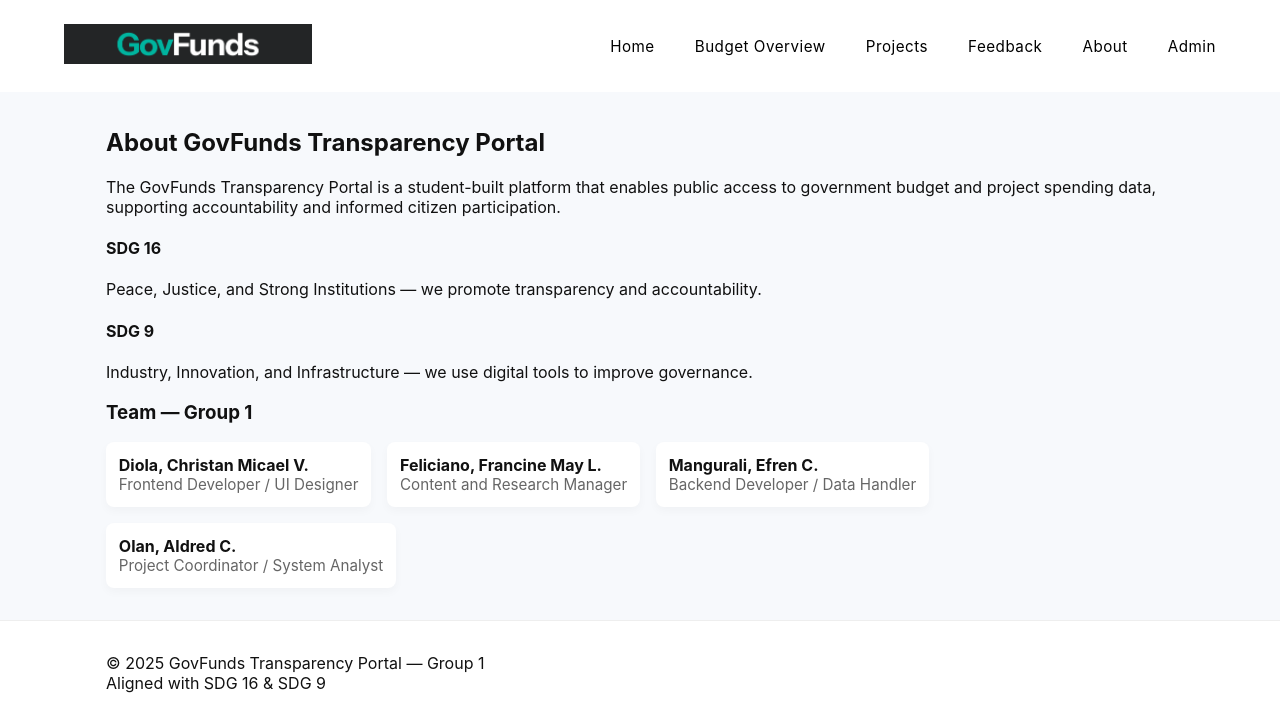
Repository: efren319/GovFunds
Page: http://localhost/about
These files come from the project's save history. The page is drawn as it stood at one moment and after the next save; the edit follows.
The browser window is 1280 px wide. The pictures show the whole page.
The page is served by the project's application, run on Flask 3 (app.py).

Above is the page before, as saved 2025-11-10 20:53:26.

After the next save:
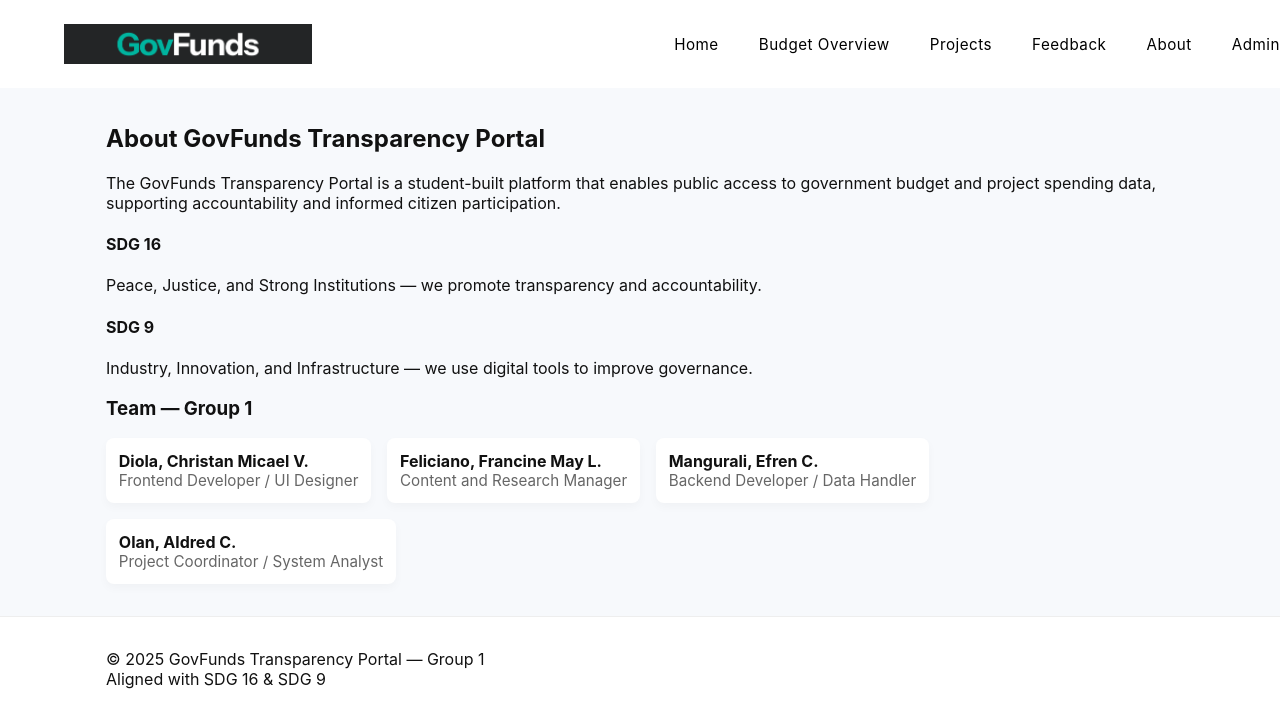
Saved 19 min 11 s later.
--- a/static/style.css
+++ b/static/style.css
@@ -36,17 +36,23 @@ body {
   top: 0;
   z-index: 100;
   display: flex;
-  align-items: center;
-  padding: 24px 64px;
-  gap: 2rem;
+  align-items: stretch;
+  padding: 0;
+  gap: 0;
 }
 
 .logo {
   flex-shrink: 0;
+  display: flex;
+  align-items: center;
+  padding: 24px 64px;
+  background: #ffffff;
 }
 
 .logo a {
   text-decoration: none;
+  display: flex;
+  align-items: center;
 }
 
 .nav-inner {
